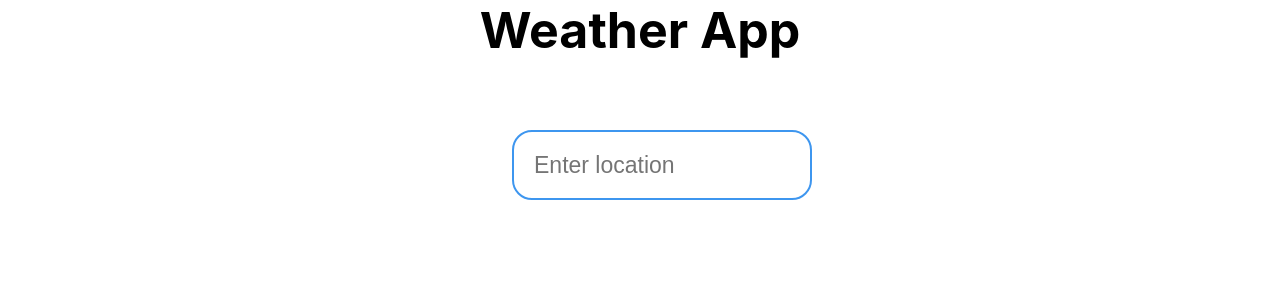
Repository: RenataDzotova/WeatherForecast
Page: /
The author's editor kept a copy of each file at every save. The page is drawn from the files as they stood at one save, then again after the next save.
The browser window is 1280 px wide. The pictures show the whole page.
The project was rebuilt for these pictures with package versions that can differ from the ones it lists, and the page was loaded fresh each time. The framework's server and built-in components were replaced by stand-ins that run in the browser. Also part of the build but not shown: next.config.js, styles/Home.module.css.

Above is the page before, as saved 2023-01-19 15:50:28.

After the next save:
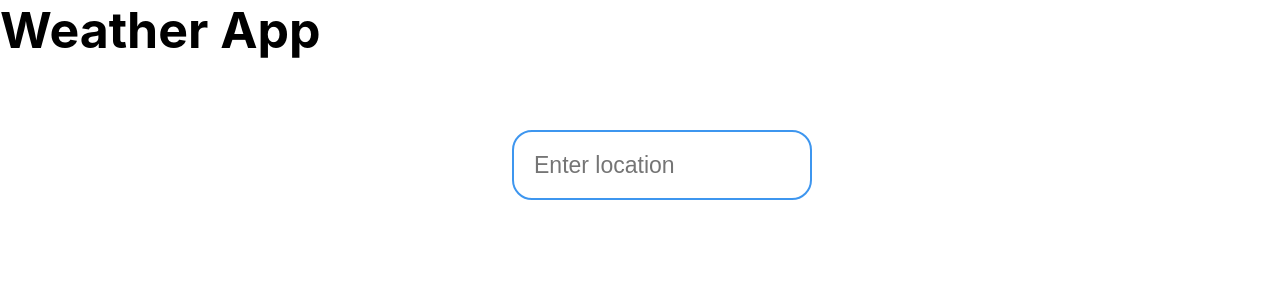
Saved 2 min 23 s later.
--- a/pages/index.js
+++ b/pages/index.js
@@ -56,12 +56,12 @@
 
         {
           data &&
-            <FlexBox>
+            <>
               {errorMessage}
               <Text fontSize="50px" fontWeight="bold">
               {showTitle}
               </Text>
-            </FlexBox>
+            </>
         }
 
 

After the save that followed:
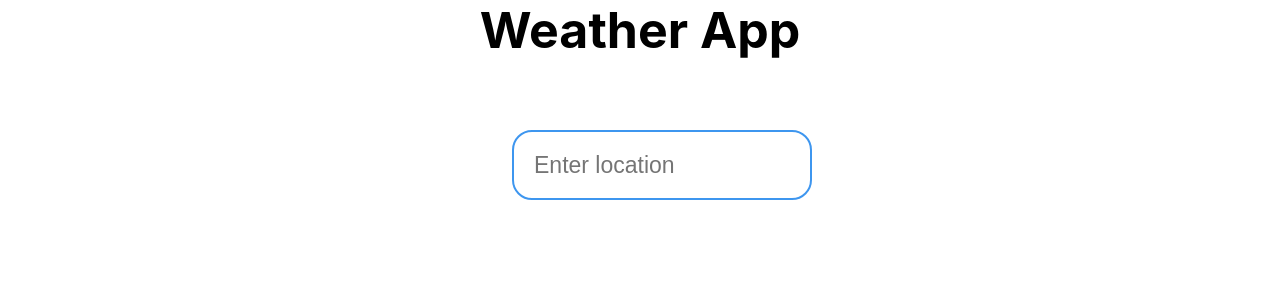
Saved 22 s later.
--- a/pages/index.js
+++ b/pages/index.js
@@ -56,12 +56,12 @@
 
         {
           data &&
-            <>
+            <FlexBox>
               {errorMessage}
               <Text fontSize="50px" fontWeight="bold">
               {showTitle}
               </Text>
-            </>
+            </FlexBox>
         }
 
 
